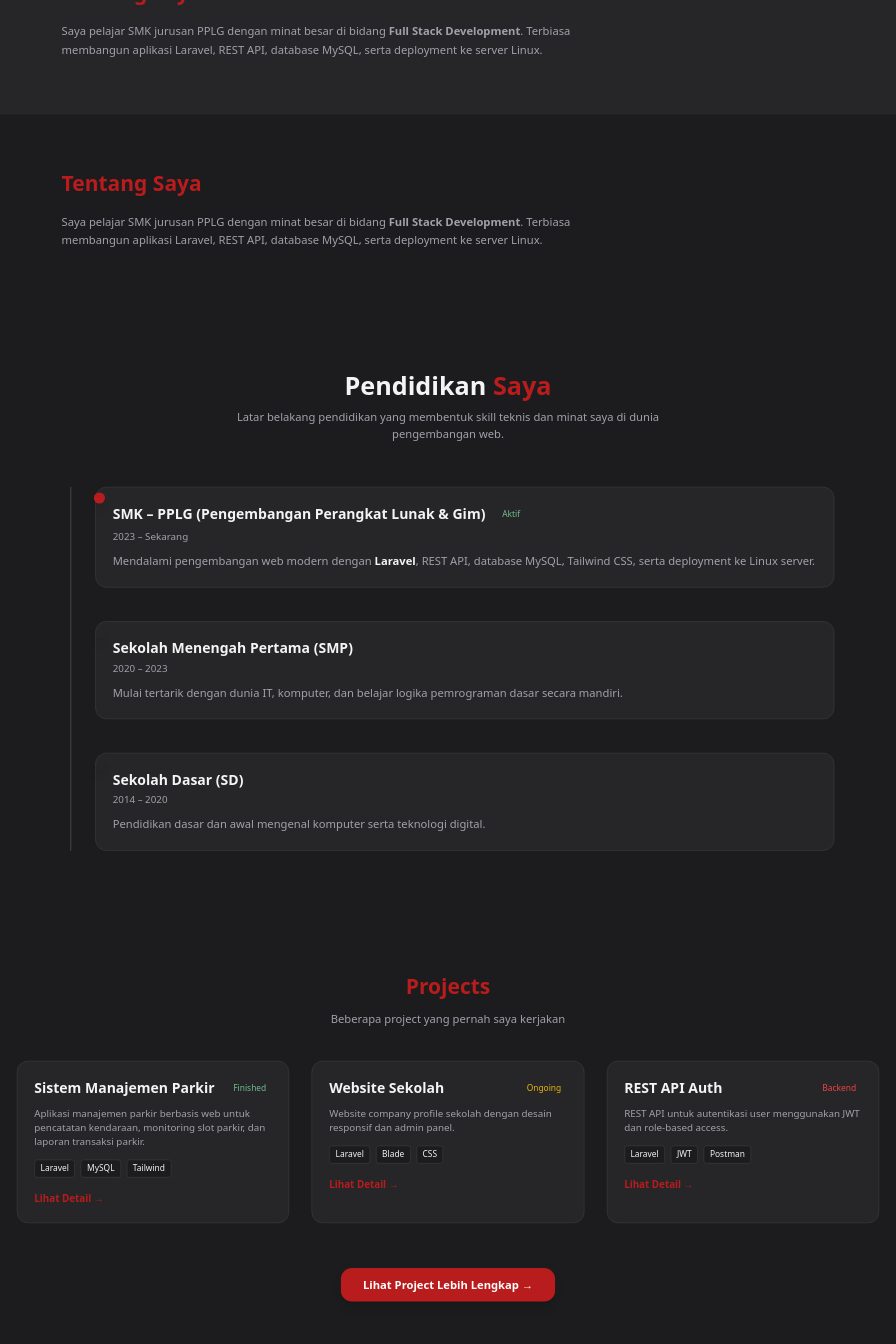
Repository: Fadlan079/Personal-Portfolio
Page: http://localhost/
These files come from the project's save history. The page is drawn as it stood at one moment and after the next save; the edit follows.
The browser window is 1280 px wide. The pictures show the part of the page from y = 828 to 2748 px (the page is 4334 px tall before and 4636 px after), at 70% of full size.
Some web libraries are served in a nearby version. The page is served by the project's Laravel application, run on PHP 8.4 with Laravel 12. Other server files are loaded and not shown.

Above is the page before, as saved 2026-01-15 09:12:42.

### routes/web.php
<?php

use Illuminate\Support\Facades\Route;
use App\Http\Controllers\ProjectController;

// Route::get('/', function () {
//     return view('welcome');
// });

Route::get('/', function () {
    return view('portofolio');
});

// Route::get('/project', function () {
//     return view('project');
// });

Route::get('/project', [ProjectController::class, 'index']);

### resources/views/portofolio.blade.php
<!DOCTYPE html>
<html lang="id">
<head>
  <meta charset="UTF-8" />
  <meta name="viewport" content="width=device-width, initial-scale=1.0" />
  <title>Portfolio | Fadlan</title>
  <script src="https://cdn.tailwindcss.com"></script>
  <link rel="stylesheet" href="https://cdnjs.cloudflare.com/ajax/libs/font-awesome/6.5.1/css/all.min.css"/>
  <script>
    tailwind.config = {
      theme: {
        extend: {
          colors: {
            bg: 'var(--color-bg)',
            surface: 'var(--color-surface)',
            border: 'var(--color-border)',
            text: 'var(--color-text)',
            muted: 'var(--color-muted)',
            primary: 'var(--color-primary)',
            success: 'var(--color-success)',
            danger: 'var(--color-danger)',
            warning: 'var(--color-warning)',
          }
        }
      }
    }
  </script>
  <style>
    :root {
      --color-bg: #1c1c1e;
      --color-surface: #262629;
      --color-border: #3a3a3d;
      --color-text: #f4f4f5;
      --color-muted: #a1a1aa;
      --color-primary: #b91c1c;
      --color-success: #6fbf8f;
      --color-danger:  #ef4444;
      --color-warning: #eab308;
    }

    html {
      scroll-behavior: smooth;
    }

* {
  scrollbar-width: thin;
  scrollbar-color: #ef4444 transparent;
}

::-webkit-scrollbar {
  width: 10px;
}

::-webkit-scrollbar-track {
  background: transparent;
}

::-webkit-scrollbar-thumb {
  background: linear-gradient(
    180deg,
    #ef4444,
    #dc2626
  );
  border-radius: 999px;
  border: 2px solid transparent;
  background-clip: content-box;
}

::-webkit-scrollbar-thumb:hover {
  background: linear-gradient(
    180deg,
    #f87171,
    #ef4444
  );
}

  </style>
</head>

<body class="bg-bg text-text">
  <header> @include('components.header') </header>
  <main>
    <section id="home" class="relative min-h-screen flex items-center px-6 overflow-hidden">  @include('sections.hero')</section>
    <section id="about" class="py-20 bg-surface"> @include('sections.about')</section>
    <section id="experience" class="py-20">@include('sections.about')</section>
  </main>

<!-- Education -->
<section id="education" class="py-24 bg-bg">
  <div class="max-w-6xl mx-auto px-6">

    <!-- Heading -->
    <div class="mb-16 text-center">
      <h3 class="text-4xl font-extrabold">
        Pendidikan
        <span class="text-primary">Saya</span>
      </h3>
      <p class="text-muted mt-3 max-w-2xl mx-auto">
        Latar belakang pendidikan yang membentuk skill teknis
        dan minat saya di dunia pengembangan web.
      </p>
    </div>

    <!-- Timeline Wrapper -->
    <div class="relative pl-8 md:pl-12">

      <!-- Vertical Line -->
      <div class="absolute left-3 top-0 h-full w-[2px] bg-border"></div>

      <!-- Item -->
      <div class="relative mb-12">
        <!-- Dot -->
        <div class="absolute -left-[2px] top-2">
          <span
            class="block w-4 h-4 rounded-full bg-primary
                   shadow-lg shadow-primary/40">
          </span>
        </div>

        <!-- Card -->
        <div
          class="bg-surface border border-border rounded-2xl p-6
                 hover:-translate-y-1 transition"
        >
          <div class="flex flex-wrap items-center gap-3 mb-2">
            <h4 class="text-xl font-semibold">
              SMK – PPLG (Pengembangan Perangkat Lunak & Gim)
            </h4>
            <span
              class="text-xs px-3 py-1 rounded-full
                     bg-success/20 text-success"
            >
              Aktif
            </span>
          </div>

          <p class="text-sm text-muted mb-3">
            2023 – Sekarang
          </p>

          <p class="text-muted leading-relaxed">
            Mendalami pengembangan web modern dengan
            <strong class="text-text">Laravel</strong>,
            REST API, database MySQL, Tailwind CSS,
            serta deployment ke Linux server.
          </p>
        </div>
      </div>

      <!-- Item -->
      <div class="relative mb-12">
        <!-- Dot -->
        <div class="absolute -left-[2px] top-2">
          <span
            class="block w-4 h-4 rounded-full bg-primary/70
                   shadow-lg shadow-primary/30">
          </span>
        </div>

        <!-- Card -->
        <div
          class="bg-surface border border-border rounded-2xl p-6
                 hover:-translate-y-1 transition"
        >
          <h4 class="text-xl font-semibold mb-1">
            Sekolah Menengah Pertama (SMP)
          </h4>

          <p class="text-sm text-muted mb-3">
            2020 – 2023
          </p>

          <p class="text-muted leading-relaxed">
            Mulai tertarik dengan dunia IT, komputer,
            dan belajar logika pemrograman dasar secara mandiri.
          </p>
        </div>
      </div>

      <!-- Item -->
      <div class="relative">
        <!-- Dot -->
        <div class="absolute -left-[2px] top-2">
          <span
            class="block w-4 h-4 rounded-full bg-primary/40
                   shadow-lg shadow-primary/20">
          </span>
        </div>

        <!-- Card -->
        <div
          class="bg-surface border border-border rounded-2xl p-6
                 hover:-translate-y-1 transition"
        >
          <h4 class="text-xl font-semibold mb-1">
            Sekolah Dasar (SD)
          </h4>

          <p class="text-sm text-muted mb-3">
            2014 – 2020
          </p>

          <p class="text-muted leading-relaxed">
            Pendidikan dasar dan awal mengenal komputer
            serta teknologi digital.
          </p>
        </div>
      </div>

    </div>
  </div>
</section>


<!-- Projects -->
<section id="projects" class="py-20 bg-bg">
  <div class="max-w-7xl mx-auto px-6">
    <h3 class="text-3xl font-bold text-center mb-4 text-primary">Projects</h3>
    <p class="text-muted text-center mb-12">
      Beberapa project yang pernah saya kerjakan
    </p>

    <div class="grid md:grid-cols-3 gap-8">

<!-- Project Card -->
<div class="bg-surface border border-border rounded-2xl p-6 hover:-translate-y-2 transition">
  <div class="flex justify-between items-center mb-3">
    <h4 class="text-xl font-semibold">Sistem Manajemen Parkir</h4>
    <span class="text-xs px-2 py-1 rounded bg-success/20 text-success">
      Finished
    </span>
  </div>

  <p class="text-muted text-sm mb-4">
    Aplikasi manajemen parkir berbasis web untuk pencatatan kendaraan,
    monitoring slot parkir, dan laporan transaksi parkir.
  </p>

  <!-- Tech Stack -->
  <div class="flex flex-wrap gap-2 text-xs mb-4">
    <span class="px-2 py-1 bg-bg border border-border rounded">Laravel</span>
    <span class="px-2 py-1 bg-bg border border-border rounded">MySQL</span>
    <span class="px-2 py-1 bg-bg border border-border rounded">Tailwind</span>
  </div>

  <!-- Action -->
  <a href="https://github.com/Fadlan079/Sistem-Manajemen-Parkir.git" class="text-primary text-sm font-semibold hover:underline">
    Lihat Detail →
  </a>
</div>


      <!-- Project Card -->
      <div class="bg-surface border border-border rounded-2xl p-6 hover:-translate-y-2 transition">
        <div class="flex justify-between items-center mb-3">
          <h4 class="text-xl font-semibold">Website Sekolah</h4>
          <span class="text-xs px-2 py-1 rounded bg-warning/20 text-warning">
            Ongoing
          </span>
        </div>

        <p class="text-muted text-sm mb-4">
          Website company profile sekolah dengan desain responsif
          dan admin panel.
        </p>

        <div class="flex flex-wrap gap-2 text-xs mb-4">
          <span class="px-2 py-1 bg-bg border border-border rounded">Laravel</span>
          <span class="px-2 py-1 bg-bg border border-border rounded">Blade</span>
          <span class="px-2 py-1 bg-bg border border-border rounded">CSS</span>
        </div>

        <a href="#" class="text-primary text-sm font-semibold hover:underline">
          Lihat Detail →
        </a>
      </div>

      <!-- Project Card -->
      <div class="bg-surface border border-border rounded-2xl p-6 hover:-translate-y-2 transition">
        <div class="flex justify-between items-center mb-3">
          <h4 class="text-xl font-semibold">REST API Auth</h4>
          <span class="text-xs px-2 py-1 rounded bg-danger/20 text-danger">
            Backend
          </span>
        </div>

        <p class="text-muted text-sm mb-4">
          REST API untuk autentikasi user menggunakan JWT
          dan role-based access.
        </p>

        <div class="flex flex-wrap gap-2 text-xs mb-4">
          <span class="px-2 py-1 bg-bg border border-border rounded">Laravel</span>
          <span class="px-2 py-1 bg-bg border border-border rounded">JWT</span>
          <span class="px-2 py-1 bg-bg border border-border rounded">Postman</span>
        </div>

        <a href="#" class="text-primary text-sm font-semibold hover:underline">
          Lihat Detail →
        </a>
      </div>

    </div>
    <!-- Button Lihat Project Lengkap -->
    <div class="mt-16 flex justify-center">
    <a
        href="project"
        class="px-8 py-3 rounded-2xl
            bg-primary text-white font-semibold
            hover:bg-primary/90 transition
            shadow-lg shadow-primary/20"
    >
        Lihat Project Lebih Lengkap →
    </a>
    </div>

  </div>
</section>


<!-- Skills -->
<section id="skills" class="py-20 bg-surface">
  <div class="max-w-6xl mx-auto px-6">
    <h3 class="text-3xl font-bold mb-12 text-primary text-center">Skills & Bahasa</h3>

    <div class="grid md:grid-cols-3 gap-6 text-center">
      <div class="bg-bg border border-border rounded-xl p-6">
        <i class="fa-brands fa-laravel text-4xl text-primary mb-3"></i>
        <h4 class="font-semibold">Laravel</h4>
      </div>
      <div class="bg-bg border border-border rounded-xl p-6">
        <i class="fa-solid fa-database text-4xl text-primary mb-3"></i>
        <h4 class="font-semibold">MySQL</h4>
      </div>
      <div class="bg-bg border border-border rounded-xl p-6">
        <i class="fa-brands fa-linux text-4xl text-primary mb-3"></i>
        <h4 class="font-semibold">Linux Server</h4>
      </div>
      <div class="bg-bg border border-border rounded-xl p-6">
        <i class="fa-brands fa-html5 text-4xl text-warning mb-3"></i>
        <h4 class="font-semibold">HTML</h4>
      </div>
      <div class="bg-bg border border-border rounded-xl p-6">
        <i class="fa-brands fa-css3-alt text-4xl text-warning mb-3"></i>
        <h4 class="font-semibold">CSS / Tailwind</h4>
      </div>
      <div class="bg-bg border border-border rounded-xl p-6">
        <i class="fa-brands fa-js text-4xl text-warning mb-3"></i>
        <h4 class="font-semibold">JavaScript</h4>
      </div>
    </div>
  </div>
</section>

<!-- Contact -->
<section id="contact" class="py-24 bg-bg">
  <div class="max-w-5xl mx-auto px-6">

    <!-- Heading -->
    <div class="text-center mb-14">
      <h3 class="text-4xl font-extrabold mb-3">
        Kontak <span class="text-primary">Saya</span>
      </h3>
      <p class="text-muted max-w-2xl mx-auto">
        Tertarik kerja sama, project freelance, atau diskusi seputar web & Laravel?
        Hubungi saya melalui platform di bawah ini.
      </p>
    </div>

    <!-- Contact Cards -->
    <div class="grid sm:grid-cols-2 gap-6">

      <!-- Email -->
      <a href="mailto:fadlanfirdaus220@gmail.com"
         class="group bg-surface border border-border rounded-2xl p-6
                flex items-center gap-5
                hover:border-primary hover:-translate-y-1 transition">
        <div class="w-14 h-14 rounded-xl flex items-center justify-center
                    bg-primary/20 text-primary text-xl">
          <i class="fa-solid fa-envelope"></i>
        </div>
        <div>
          <p class="text-sm text-muted">Email</p>
          <p class="font-semibold group-hover:text-primary transition">
            fadlanfirdaus220@gmail.com
          </p>
        </div>
      </a>

      <!-- GitHub -->
      <a href="https://github.com/Fadlan079" target="_blank"
         class="group bg-surface border border-border rounded-2xl p-6
                flex items-center gap-5
                hover:border-primary hover:-translate-y-1 transition">
        <div class="w-14 h-14 rounded-xl flex items-center justify-center
                    bg-primary/20 text-primary text-xl">
          <i class="fa-brands fa-github"></i>
        </div>
        <div>
          <p class="text-sm text-muted">GitHub</p>
          <p class="font-semibold group-hover:text-primary transition">
            github.com/Fadlan079
          </p>
        </div>
      </a>

      <!-- Phone -->
      <a href="tel:082210732928"
         class="group bg-surface border border-border rounded-2xl p-6
                flex items-center gap-5
                hover:border-primary hover:-translate-y-1 transition">
        <div class="w-14 h-14 rounded-xl flex items-center justify-center
                    bg-primary/20 text-primary text-xl">
          <i class="fa-solid fa-phone"></i>
        </div>
        <div>
          <p class="text-sm text-muted">WhatsApp / Phone</p>
          <p class="font-semibold group-hover:text-primary transition">
            0822-1073-2928
          </p>
        </div>
      </a>

      <!-- Instagram -->
      <a href="https://instagram.com/fdln007" target="_blank"
         class="group bg-surface border border-border rounded-2xl p-6
                flex items-center gap-5
                hover:border-primary hover:-translate-y-1 transition">
        <div class="w-14 h-14 rounded-xl flex items-center justify-center
                    bg-primary/20 text-primary text-xl">
          <i class="fa-brands fa-instagram"></i>
        </div>
        <div>
          <p class="text-sm text-muted">Instagram</p>
          <p class="font-semibold group-hover:text-primary transition">
            @fdln007
          </p>
        </div>
      </a>

    </div>

    <!-- CTA -->
    <div class="text-center mt-16">
      <p class="text-muted mb-4">
        Siap berkolaborasi dan membangun aplikasi bersama?
      </p>
      <a href="mailto:fadlanfirdaus220@gmail.com"
         class="inline-block px-8 py-3 bg-primary text-white
                rounded-2xl font-semibold
                hover:opacity-90 transition shadow-lg shadow-primary/30">
        Hubungi Sekarang
      </a>
    </div>

  </div>
</section>


<!-- Footer -->
<footer class="relative border-t border-border bg-bg">
  <!-- Glow -->
  <div class="absolute inset-0 -z-10">
    <div class="absolute bottom-0 left-1/2 -translate-x-1/2
                w-[400px] h-[400px]
                bg-primary/20 blur-[120px] rounded-full"></div>
  </div>

  <div class="max-w-7xl mx-auto px-6 py-14 grid gap-10 md:grid-cols-3">

    <!-- Brand -->
    <div>
      <h3 class="text-xl font-bold text-primary mb-3">Fadlan.dev</h3>
      <p class="text-muted leading-relaxed">
        Full Stack Developer yang fokus pada pengembangan
        aplikasi web modern menggunakan Laravel,
        frontend responsif, dan backend yang scalable.
      </p>
    </div>

    <!-- Quick Links -->
    <div>
      <h4 class="font-semibold mb-4 text-text">Quick Links</h4>
      <ul class="space-y-2 text-muted text-sm">
        <li>
          <a href="#home" class="hover:text-primary transition">Home</a>
        </li>
        <li>
          <a href="#projects" class="hover:text-primary transition">Projects</a>
        </li>
        <li>
          <a href="#contact" class="hover:text-primary transition">Contact</a>
        </li>
      </ul>
    </div>

    <!-- Social -->
    <div>
      <h4 class="font-semibold mb-4 text-text">Connect</h4>
      <div class="flex gap-4">
        <a href="https://github.com/Fadlan079" target="_blank"
           class="w-10 h-10 rounded-xl border border-border
                  flex items-center justify-center
                  text-muted hover:text-primary hover:border-primary
                  transition">
          <i class="fa-brands fa-github"></i>
        </a>
        <a href="https://instagram.com/fdln007" target="_blank"
           class="w-10 h-10 rounded-xl border border-border
                  flex items-center justify-center
                  text-muted hover:text-primary hover:border-primary
                  transition">
          <i class="fa-brands fa-instagram"></i>
        </a>
        <a href="mailto:fadlanfirdaus220@gmail.com"
           class="w-10 h-10 rounded-xl border border-border
                  flex items-center justify-center
                  text-muted hover:text-primary hover:border-primary
                  transition">
          <i class="fa-solid fa-envelope"></i>
        </a>
      </div>
    </div>

  </div>

  <!-- Bottom -->
  <div class="border-t border-border text-center py-4 text-muted text-sm">
    © 2026 <span class="text-text font-semibold">Fadlan Firdaus</span>.
    Built with <span class="text-primary">Laravel</span> & Tailwind CSS.
  </div>
</footer>


</body>
</html>

### resources/views/components/header.blade.php
<nav class="fixed w-full bg-bg/80 backdrop-blur border-b border-border z-50">
  <div class="max-w-7xl mx-auto px-6 py-4 flex justify-between items-center">
    <h1 class="text-xl font-bold text-primary">Fadlan.dev</h1>
    <ul class="flex gap-6 text-sm">
      <li class="relative group">
        <a href="#home">Home</a>
        <span class="absolute left-0 -bottom-1 h-[2px] w-0 bg-primary transition-all group-hover:w-full"></span>
      </li>
      <li class="relative group">
        <a href="#about">About</a>
        <span class="absolute left-0 -bottom-1 h-[2px] w-0 bg-primary transition-all group-hover:w-full"></span>
      </li>
      <li class="relative group">
        <a href="#experience">Experience</a>
        <span class="absolute left-0 -bottom-1 h-[2px] w-0 bg-primary transition-all group-hover:w-full"></span>
      </li>
        <li class="relative group">
        <a href="#projects">Project</a>
        <span class="absolute left-0 -bottom-1 h-[2px] w-0 bg-primary transition-all group-hover:w-full"></span>
      </li>
      <li class="relative group">
        <a href="#skills">Skills</a>
        <span class="absolute left-0 -bottom-1 h-[2px] w-0 bg-primary transition-all group-hover:w-full"></span>
      </li>
      <li class="relative group">
        <a href="#contact">Contact</a>
        <span class="absolute left-0 -bottom-1 h-[2px] w-0 bg-primary transition-all group-hover:w-full"></span>
      </li>
    </ul>
  </div>
</nav>

### resources/views/sections/about.blade.php
<div class="max-w-6xl mx-auto px-6">
<h3 class="text-3xl font-bold mb-6 text-primary">Tentang Saya</h3>
<p class="text-muted leading-relaxed max-w-3xl">
    Saya pelajar SMK jurusan PPLG dengan minat besar di bidang
    <strong>Full Stack Development</strong>. Terbiasa membangun aplikasi
    Laravel, REST API, database MySQL, serta deployment ke server Linux.
</p>
</div>

### resources/views/sections/experience.blade.php
<div class="max-w-6xl mx-auto px-6">
<h3 class="text-3xl font-bold mb-12 text-primary text-center">Pengalaman</h3>
<div class="space-y-6">
    <div class="bg-surface border border-border rounded-xl p-6">
    <h4 class="font-semibold">Project Sistem Kasir</h4>
    <p class="text-muted text-sm">Laravel • MySQL • Tailwind</p>
    </div>
    <div class="bg-surface border border-border rounded-xl p-6">
    <h4 class="font-semibold">Website Sekolah</h4>
    <p class="text-muted text-sm">Company Profile • Responsive Design</p>
    </div>
    <div class="bg-surface border border-border rounded-xl p-6">
    <h4 class="font-semibold">REST API Auth</h4>
    <p class="text-muted text-sm">JWT • Role Management</p>
    </div>
</div>
</div>

Loaded but not shown: resources/views/sections/hero.blade.php (143 lines, source omitted)

After the next save:
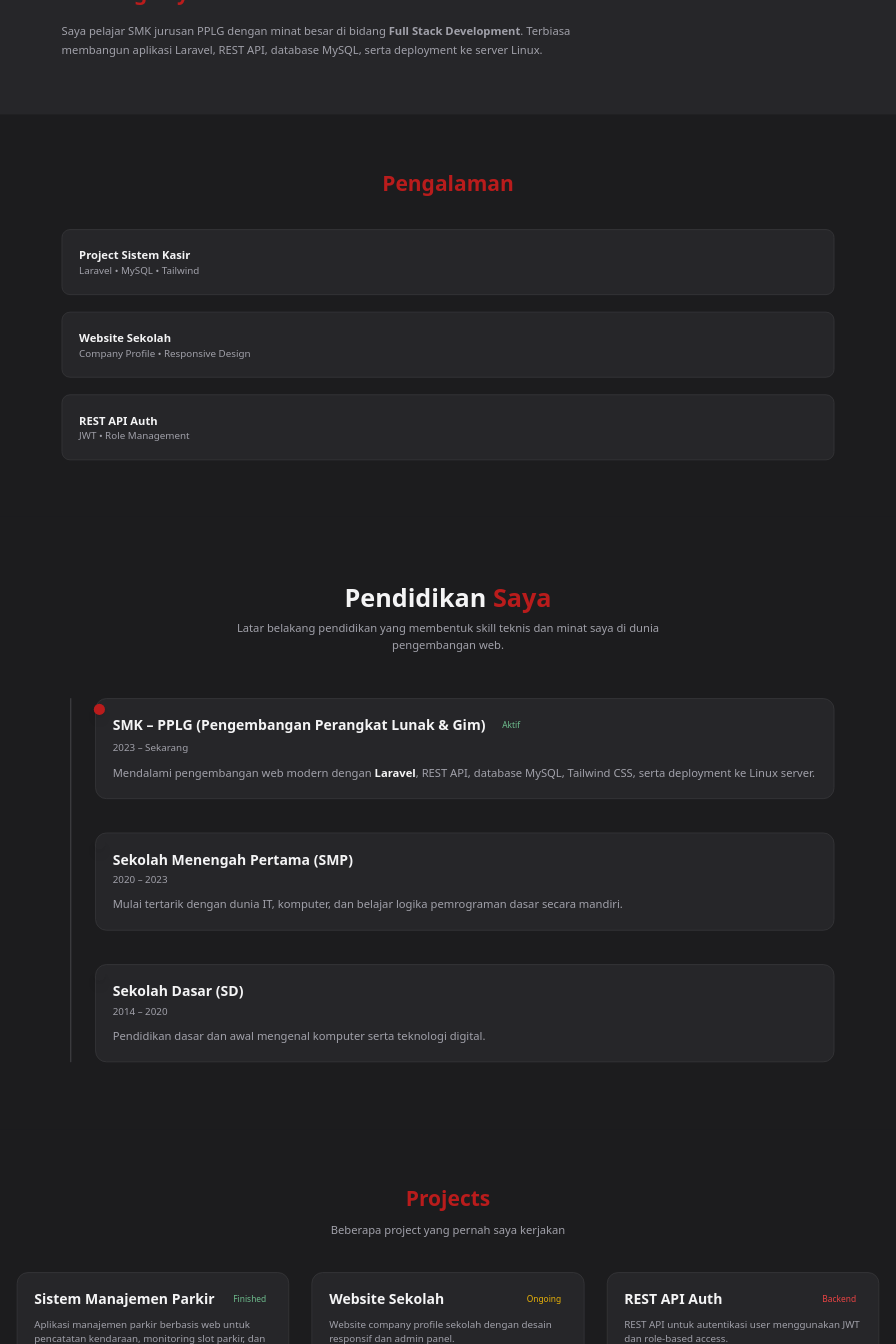
Saved 4 s later.
--- a/resources/views/portofolio.blade.php
+++ b/resources/views/portofolio.blade.php
@@ -82,7 +82,7 @@
   <main>
     <section id="home" class="relative min-h-screen flex items-center px-6 overflow-hidden">  @include('sections.hero')</section>
     <section id="about" class="py-20 bg-surface"> @include('sections.about')</section>
-    <section id="experience" class="py-20">@include('sections.about')</section>
+    <section id="experience" class="py-20">@include('sections.experience')</section>
   </main>
 
 <!-- Education -->
